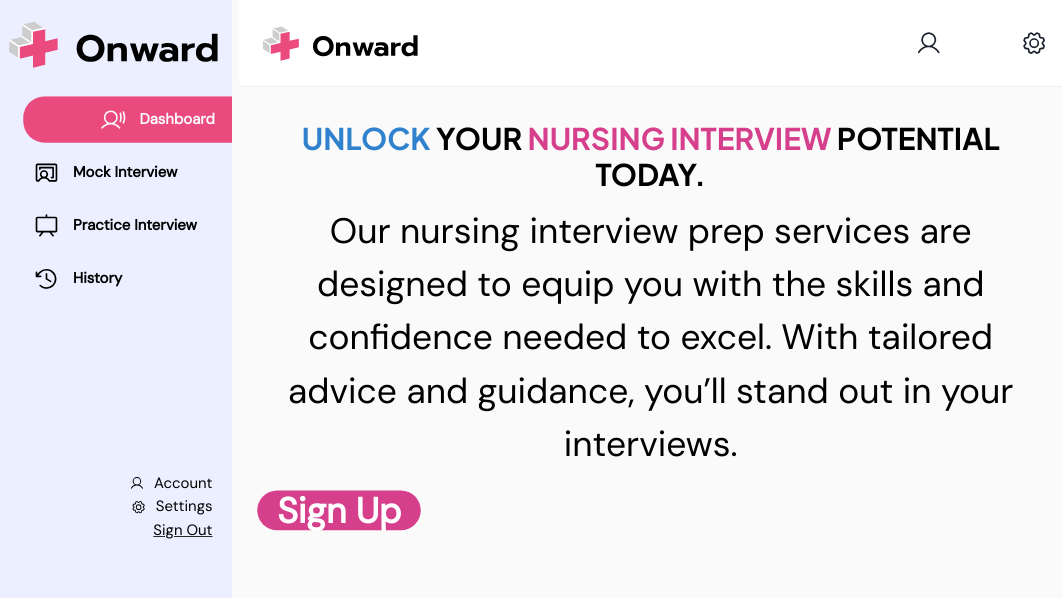
Repository: Aladdin3r/onward
Page: /landing-page
These files come from the project's save history. The page is drawn as it stood at one moment and after a run of saves; the edit follows.
The browser window is 1280 px wide. The pictures show the whole page, at 83% of full size.
An inner scrolling area shows only its first screen. The project was rebuilt for these pictures with package versions that can differ from the ones it lists, and the page was loaded fresh each time. The framework's server and built-in components were replaced by stand-ins that run in the browser. Also part of the build but not shown: next.config.mjs, styles/components/AppTopNav.js.

Above is the page before, as saved 2024-10-29 01:33:40.

After the next 7 saves:
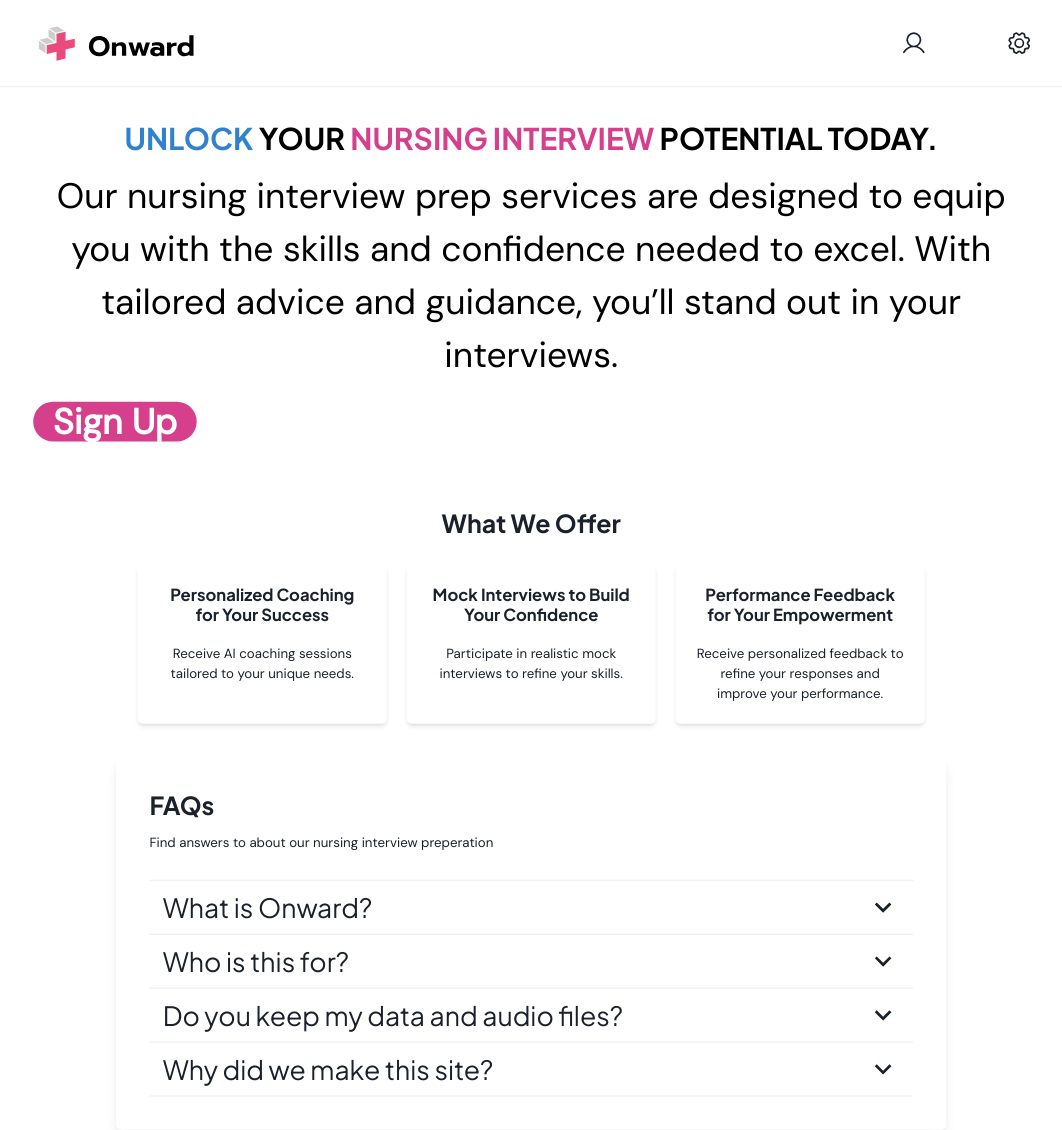
The 7 saves are shown as one change because 4 did not build or start and some came seconds apart.
The last was saved 68 s later.
--- a/pages/landing-page.js
+++ b/pages/landing-page.js
@@ -24,7 +24,7 @@ import {
     };
 
     return (
-      <Layout>
+      <>
         {/* Hero Section */}
         <TopNav/>
         <Box  color="black" p={10} textAlign="center">
@@ -118,6 +118,6 @@ import {
             </AccordionItem>
           </Accordion>
         </Box>
-      </Layout>
+      </>
     );
   }
